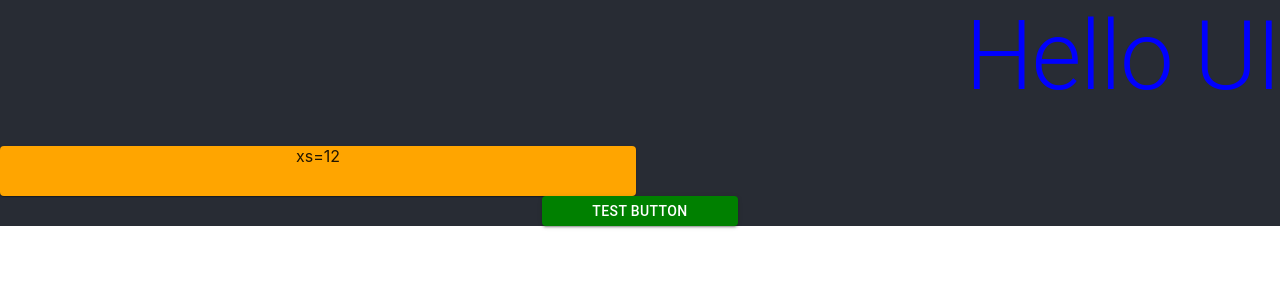
Repository: ShunsukeTanizaki/COVID19-Live
Page: /
These files come from the project's save history. The page is drawn as it stood at one moment and after the next save; the edit follows.
The browser window is 1280 px wide. The page is 1284 px wide, so the pictures cover 1284 px, including what lies to the right of the window. The pictures show the whole page.
The project was rebuilt for these pictures with package versions that can differ from the ones it lists, and the page was loaded fresh each time.

Above is the page before, as saved 2020-11-07 23:35:16.

### src/App.tsx
import React from "react";
// import logo from "./logo.svg";
import "./App.css";
import LinePlot from "./components/LinePlot";
import PiePlot from "./components/PiePlot";
import BarPlot from "./components/BarPlot";
import RaderPlot from "./components/RaderPlot";
import BubblePlot from "./components/BubblePlot";
import MaterialUI from "./components/MaterialUI ";

function App() {
    return (
        <div className="App">
            {/* <LinePlot />
            <PiePlot />
            <BarPlot />
            <RaderPlot />
            <BubblePlot /> */}

            <MaterialUI />
        </div>
    );
}

export default App;

### src/App.css
.App {
    background-color: #282c34;
    text-align: center;
}

.App-logo {
    height: 40vmin;
    pointer-events: none;
}

@media (prefers-reduced-motion: no-preference) {
    .App-logo {
        animation: App-logo-spin infinite 20s linear;
    }
}

.App-header {
    background-color: #282c34;
    min-height: 100vh;
    display: flex;
    flex-direction: column;
    align-items: center;
    justify-content: center;
    font-size: calc(10px + 2vmin);
    color: white;
}

.App-link {
    color: #61dafb;
}

@keyframes App-logo-spin {
    from {
        transform: rotate(0deg);
    }
    to {
        transform: rotate(360deg);
    }
}

### src/components/MaterialUI .tsx
import React from "react";
import { Button, makeStyles, Typography, Grid, Paper } from "@material-ui/core";

const useStyles = makeStyles({
    btnStyle: {
        background: "green",
        padding: "3px 50px"
    },
    typoStyle: {
        color: "blue"
    },
    paperStyle: {
        background: "orange",
        height: "50px"
    }
});

const MaterialUI: React.FC = () => {
    const classes = useStyles();
    return (
        <div>
            <Typography
                className={classes.typoStyle}
                color="secondary"
                variant="h1"
                align="right"
                gutterBottom
            >
                Hello UI
            </Typography>

            <Grid container spacing={1}>
                <Grid item xs={6}>
                    <Paper className={classes.paperStyle}>xs=12</Paper>
                </Grid>
            </Grid>

            <Button
                className={classes.btnStyle}
                variant="contained"
                color="primary"
            >
                test Button
            </Button>
        </div>
    );
};

export default MaterialUI;

Loaded but not shown: public/index.html (common file); src/index.tsx (common file); src/index.css (common file); src/reportWebVitals.ts (common file)

After the next save:
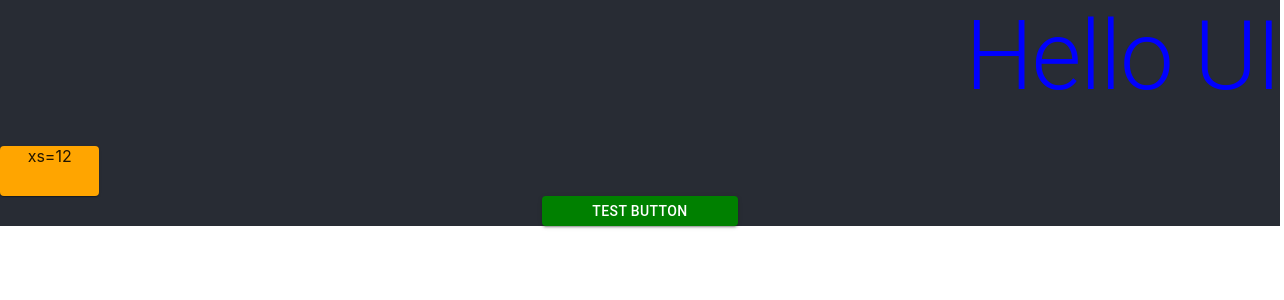
Saved 5 s later.
--- a/src/components/MaterialUI .tsx
+++ b/src/components/MaterialUI .tsx
@@ -30,7 +30,7 @@ const MaterialUI: React.FC = () => {
             </Typography>
 
             <Grid container spacing={1}>
-                <Grid item xs={6}>
+                <Grid item xs={1}>
                     <Paper className={classes.paperStyle}>xs=12</Paper>
                 </Grid>
             </Grid>
